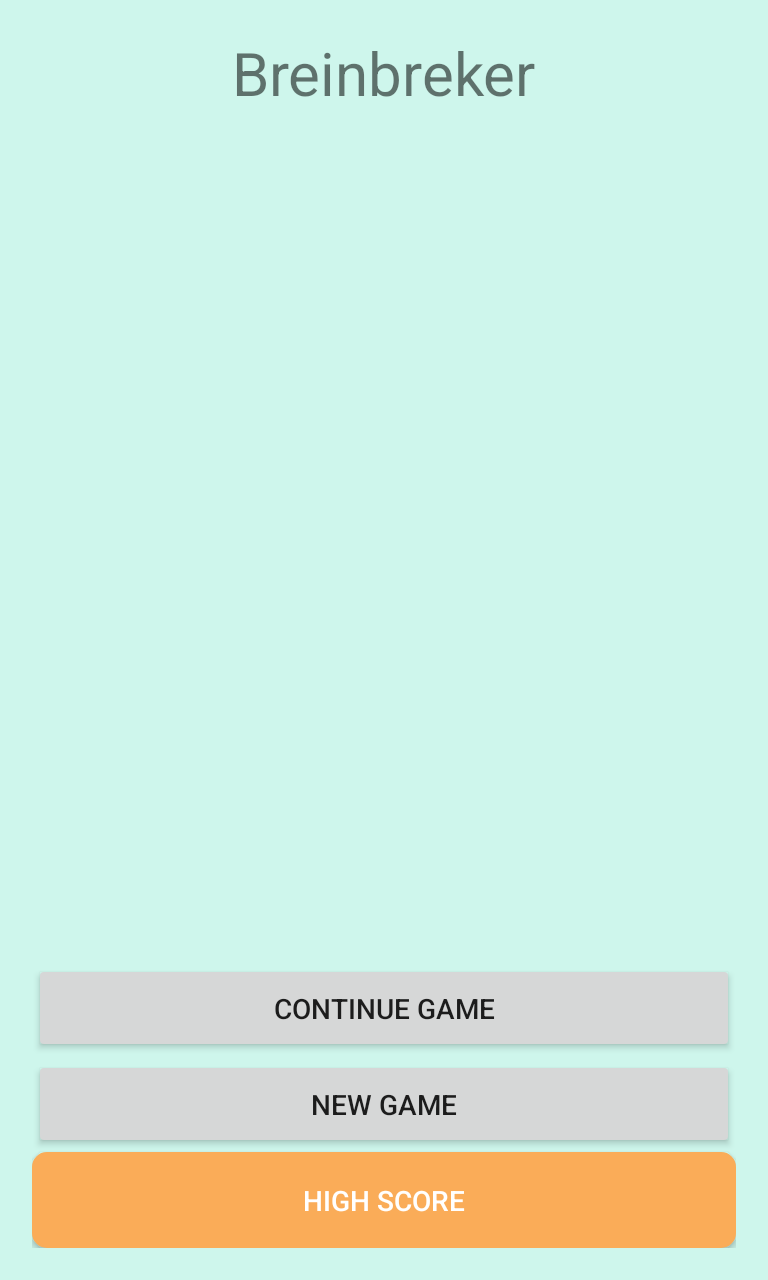
Repository: jelleswester/Breinbreker
Layout: Breinbreker/res/layout/activity_start_screen.xml
These files come from the project's save history. The layout is drawn as it stood at one moment and after the next save; the edit follows.
It is drawn on a 768 x 1280 px phone screen (xhdpi) without system bars, with theme AppTheme; the app's code is not run.

Above is the layout before, as saved 2015-01-22 20:24:42.

After the next save:
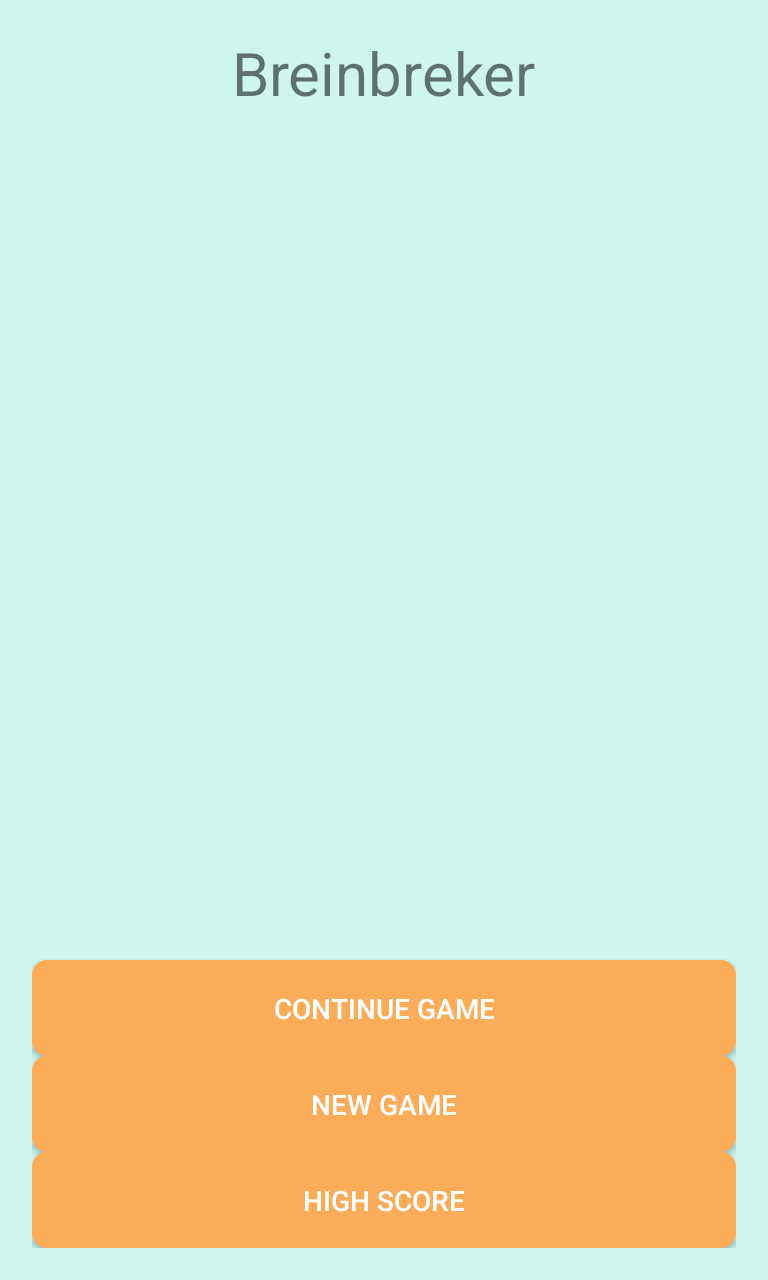
Saved 47 s later.
--- a/Breinbreker/res/layout/activity_start_screen.xml
+++ b/Breinbreker/res/layout/activity_start_screen.xml
@@ -36,6 +36,8 @@
         android:layout_above="@+id/highScoreButton"
         android:layout_alignLeft="@+id/highScoreButton"
         android:onClick="startButton"
+        android:background="@drawable/button_shape"
+        android:textColor="@color/white"
         android:text="@string/new_game" />
 
     <Button
@@ -45,6 +47,8 @@
         android:layout_above="@+id/newGameButton"
         android:layout_alignLeft="@+id/newGameButton"
         android:onClick="startButton"
+        android:background="@drawable/button_shape"
+        android:textColor="@color/white"
         android:text="@string/continue_game" />
 
 </RelativeLayout>
